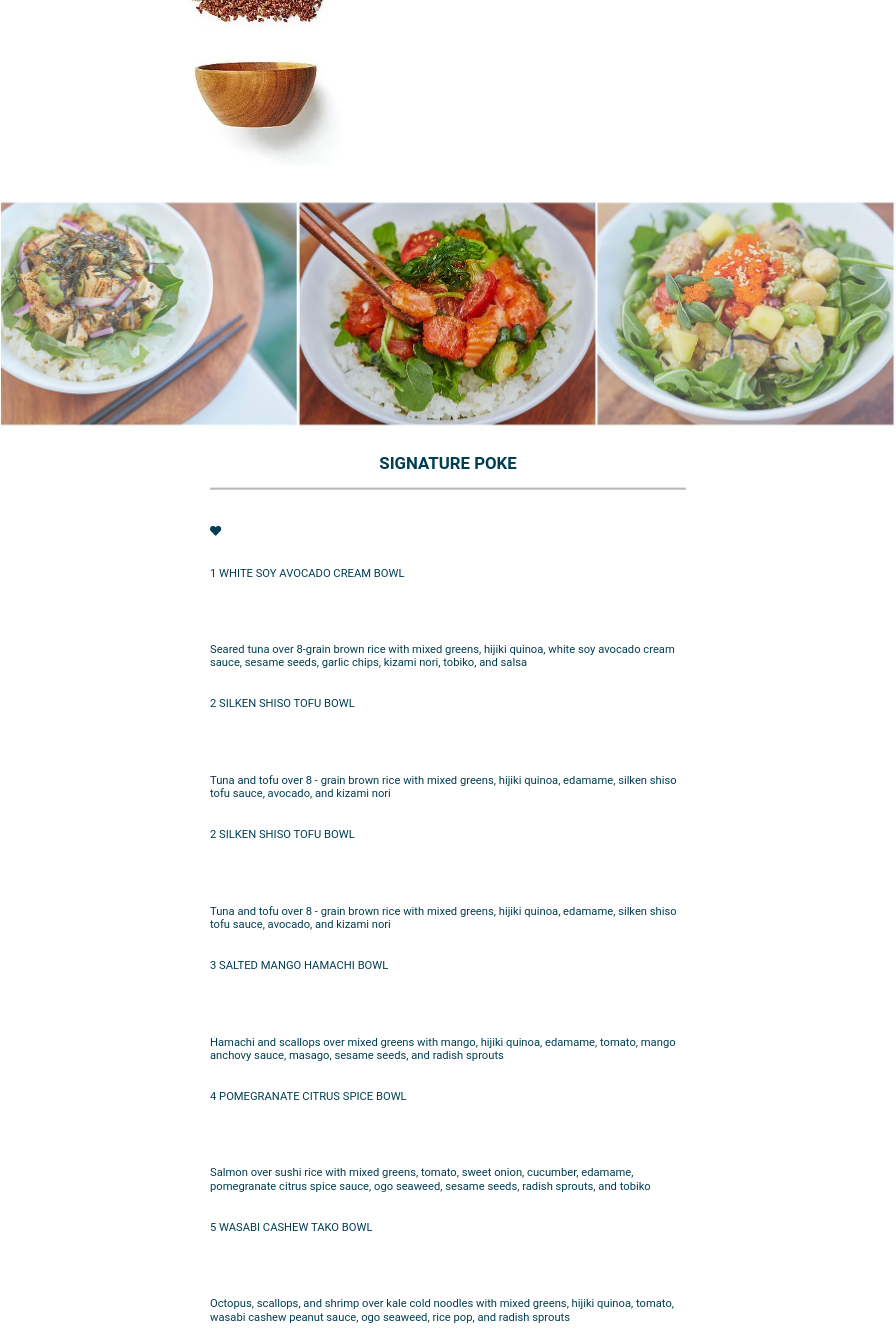
Repository: ypiard85/kome-waza
Page: index.html
These files come from the project's save history. The page is drawn as it stood at one moment and after the next save; the edit follows.
The browser window is 1280 px wide. The pictures show the part of the page from y = 1402 to 3322 px (the page is 3322 px tall before and 3022 px after), at 70% of full size.

Above is the page before, as saved 2021-02-23 11:25:11.

### index.html
<!DOCTYPE html>
<html lang="en">
  <head>
    <meta charset="UTF-8" />
    <meta http-equiv="X-UA-Compatible" content="IE=edge" />
    <meta name="viewport" content="width=device-width, initial-scale=1.0" />
    <link rel="stylesheet" href="./style.css" />
    <link
      rel="stylesheet"
      href="https://use.fontawesome.com/releases/v5.15.2/css/all.css"
      integrity="sha384-vSIIfh2YWi9wW0r9iZe7RJPrKwp6bG+s9QZMoITbCckVJqGCCRhc+ccxNcdpHuYu"
      crossorigin="anonymous"
    />
    <title>Kome Waza</title>
  </head>

  <body>
    <div class="wrapper">
      <header role="header" class="header">
        <nav role="navbar" class="nav">
          <div class="nav_logo">
            <a href="#">
              <img src="./image/logo-kome-waza.jpg" alt="" />
            </a>
          </div>
          <ul class="nav_link">
            <li><a href="">Home</a></li>
            <li><a href="">Locations</a></li>
            <li><a href="">Online Orders</a></li>
            <li><a href="">Menus</a></li>
            <li><a href="">Catering</a></li>
            <li><a href="">Delivery Options</a></li>
            <li><a href="">More...</a></li>
          </ul>
        </nav>
      </header>
      <div class="img_fond"></div>
      <section class="food_section">
        <div class="food_image">
          <img src="./image/epices.jpg" alt="" />
        </div>
        <div class="food_content">
          <div class="title">
            <h1>Kome Waza</h1>
            <p>(ko-meh wa-za)</p>
          </div>
          <div class="description">
            <p>
              Respect the fish! Kome Waza strives to provide you with a delicate
              balance between time-honored Japanese sushi traditions and
              exciting new Asian-inspired flavors in a refreshing new take on
              the East Coast poke trend.
            </p>
          </div>
        </div>
      </section>
      <section class="carousel_food">
        <img src="./image/images-slider.jpg" alt="" />
      </section>
      <section class="about">
        <h1>SIGNATURE POKE</h1>
        <div class="content">
          <div class="content_option">
            <i class="fas fa-heart"></i>
            <div>
              <p class="title">1 WHITE SOY AVOCADO CREAM BOWL</p>
              <p class="content">
                Seared tuna over 8-grain brown rice with mixed greens, hijiki
                quinoa, white soy avocado cream sauce, sesame seeds, garlic
                chips, kizami nori, tobiko, and salsa
              </p>
            </div>
          </div>
          <div class="content_option">
            <div>
              <p class="title">2 SILKEN SHISO TOFU BOWL</p>
              <p class="content">
                Tuna and tofu over 8 - grain brown rice with mixed greens,
                hijiki quinoa, edamame, silken shiso tofu sauce, avocado, and
                kizami nori
              </p>
            </div>
          </div>
          <div class="content_option">
            <div>
              <p class="title">2 SILKEN SHISO TOFU BOWL</p>
              <p class="content">
                Tuna and tofu over 8 - grain brown rice with mixed greens,
                hijiki quinoa, edamame, silken shiso tofu sauce, avocado, and
                kizami nori
              </p>
            </div>
          <div class="content_option">
            <div>
              <p class="title">3  SALTED MANGO HAMACHI BOWL</p>
              <p class="content">
                Hamachi and scallops over mixed greens with mango, hijiki quinoa, edamame, tomato, mango anchovy sauce, masago, sesame seeds, and radish sprouts
              </p>
            </div>
          </div>
          <div class="content_option">
            <div>
              <p class="title">4  POMEGRANATE CITRUS SPICE BOWL</p>
              <p class="content">
                Salmon over sushi rice with mixed greens, tomato, sweet onion, cucumber, edamame, pomegranate citrus spice sauce, ogo seaweed, sesame seeds, radish sprouts, and tobiko
             </p>
            </div>
          </div>
          <div class="content_option">
            <div>
              <p class="title">5  WASABI CASHEW TAKO BOWL</p>
              <p class="content">
                Octopus, scallops, and shrimp over kale cold noodles with mixed greens, hijiki quinoa, tomato, wasabi cashew peanut sauce, ogo seaweed, rice pop, and radish sprouts
              </p>
            </div>
          </div>
        </div>
      </section>
    </div>
  </body>
</html>

### style.css
:root{
    --menu-color: #003E52;
    --menu-hover: #6cadc2;
}


*{
    list-style:none;
    text-decoration: none;
    margin: 0;
    padding: 0;
    transition: 0.3s;
    box-sizing: content-box;
    color: var(--menu-color);
}

body{
    font-family: Roboto, sans-serif;
}

.nav{
    display: flex;
    justify-content: space-evenly;
    align-items: center;
    padding: 20px 0;
    border-top: 1px solid gray;
}

.nav_logo a img{
width: 200px;
}

.nav_link{
    display: flex;
}

.nav_link li a{
    margin: 0 10px;
    color: var(--menu-color);
}

.nav_link a:hover{
    color: var(--menu-hover);
}

.img_fond{
    background-image: url('./image/header-image.jpg');
    background-size: cover;
    background-position: center center;
    height: 100vh;
}

.food_section{
    display: flex;
    justify-content: space-evenly;
    text-align: right;
}

.food_section .food_content{
    width: 450px;
}

.food_section .description{
    line-height: 1.5em;
}

.title{
    margin: 40px 0;
}

.title h1{
    margin-bottom: 10px;
}

.carousel_food img{
    width: 100%;
    max-width: 100%;
}

.about{
    display: flex;
    justify-content: center;
    flex-direction: column;
    margin: 0 300px;
    padding: 30px 0;
}

.about h1{
    border-bottom: 3px solid rgb(185, 185, 185);
    text-align: center;
    padding-bottom: 20px;
}

.about .content{
    padding-top: 50px;
}

After the next save:
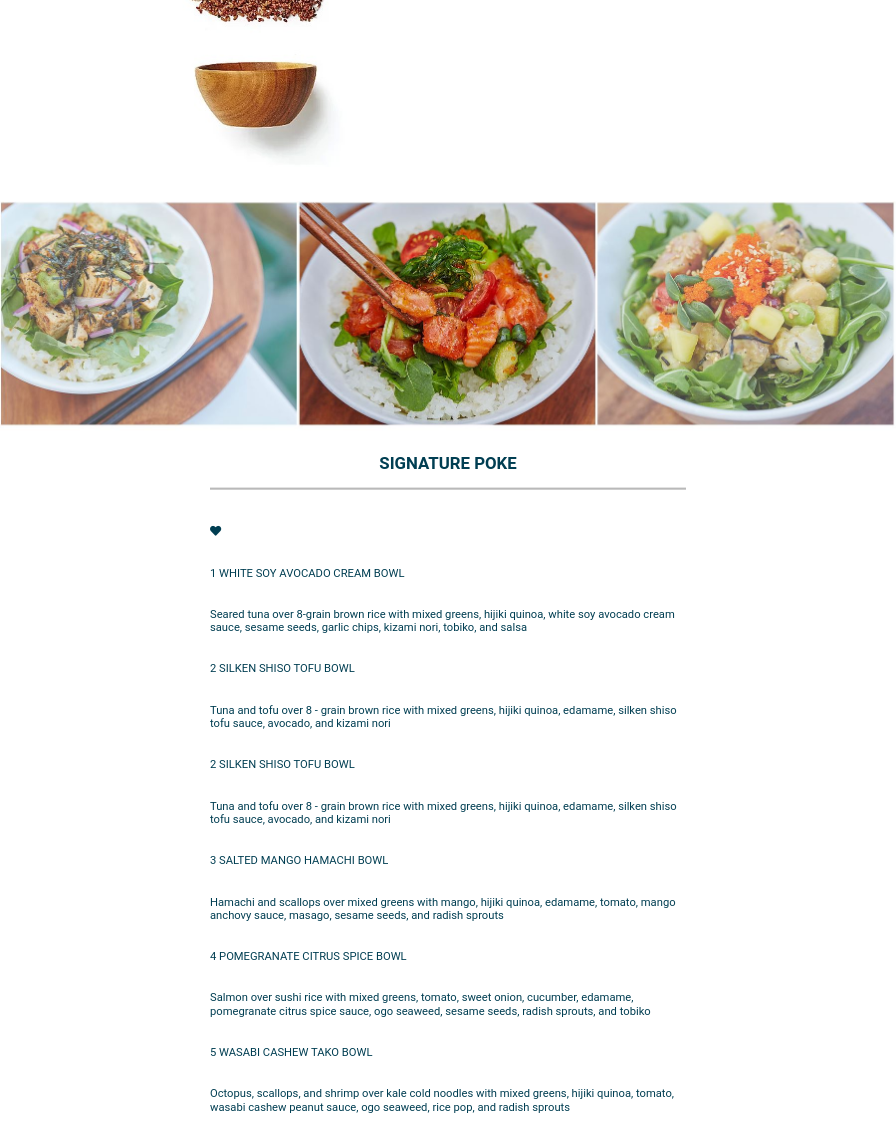
Saved 18 s later.
--- a/style.css
+++ b/style.css
@@ -91,6 +91,6 @@
     padding-bottom: 20px;
 }
 
-.about .content{
+.about > .content{
     padding-top: 50px;
 }
